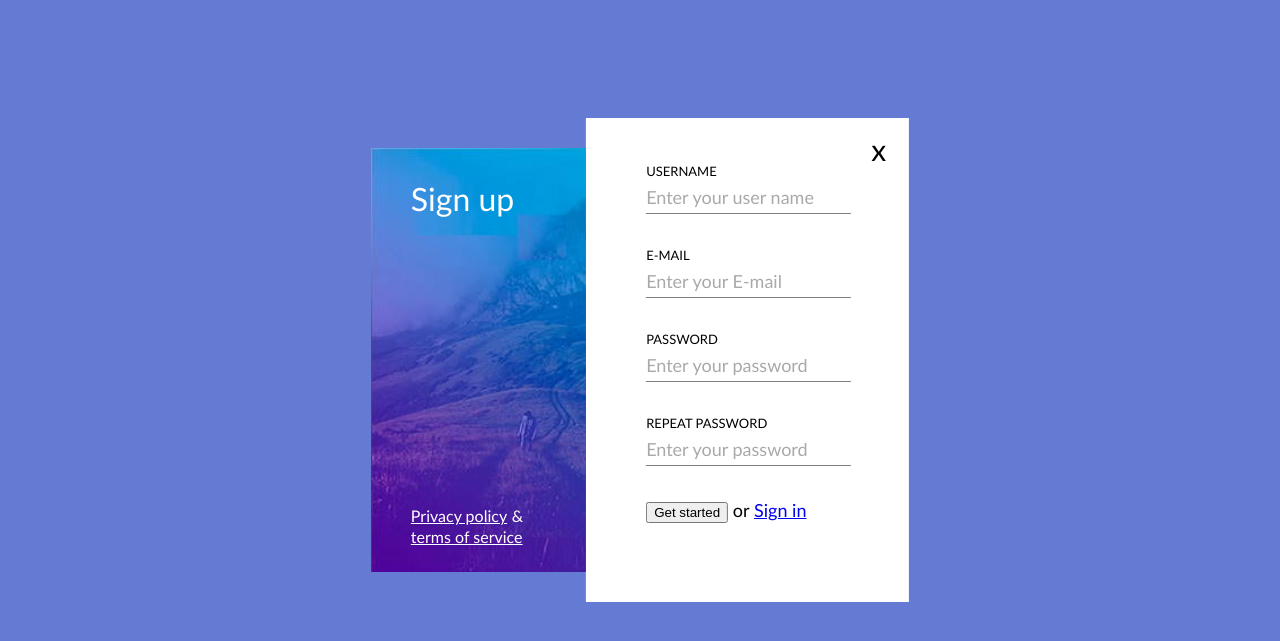
Repository: motiejus1/11-paskaita-adobexd-registracija
Page: index.html
The author's editor kept a copy of each file at every save. The page is drawn from the files as they stood at one save, then again after a run of saves.
The browser window is 1280 px wide. The pictures show the whole page.

Above is the page before, as saved 2021-06-17 20:33:45.

After the next 4 saves:
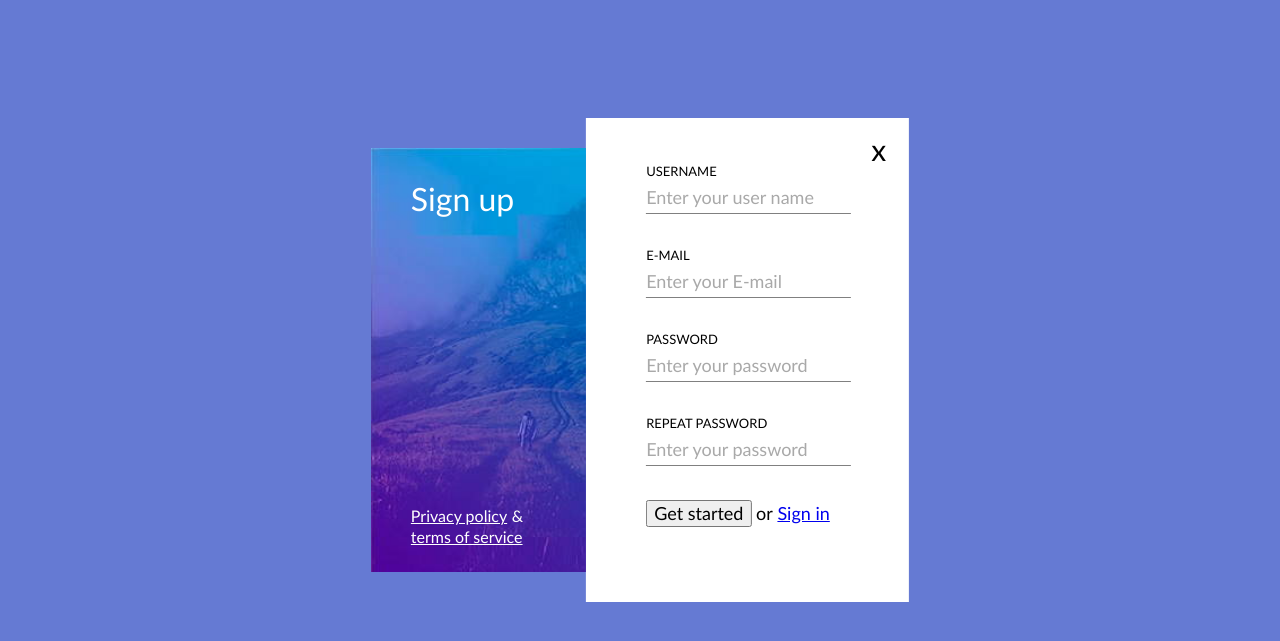
The 4 saves are shown as one change because they came seconds apart.
The last was saved 10 s later.
--- a/index.html
+++ b/index.html
@@ -139,7 +139,10 @@
             margin: 0;
         }
 
+        .btn {
+            font: normal normal normal 1rem/1.1667rem Gill Sans MT;
 
+        }
 
     </style>
 
